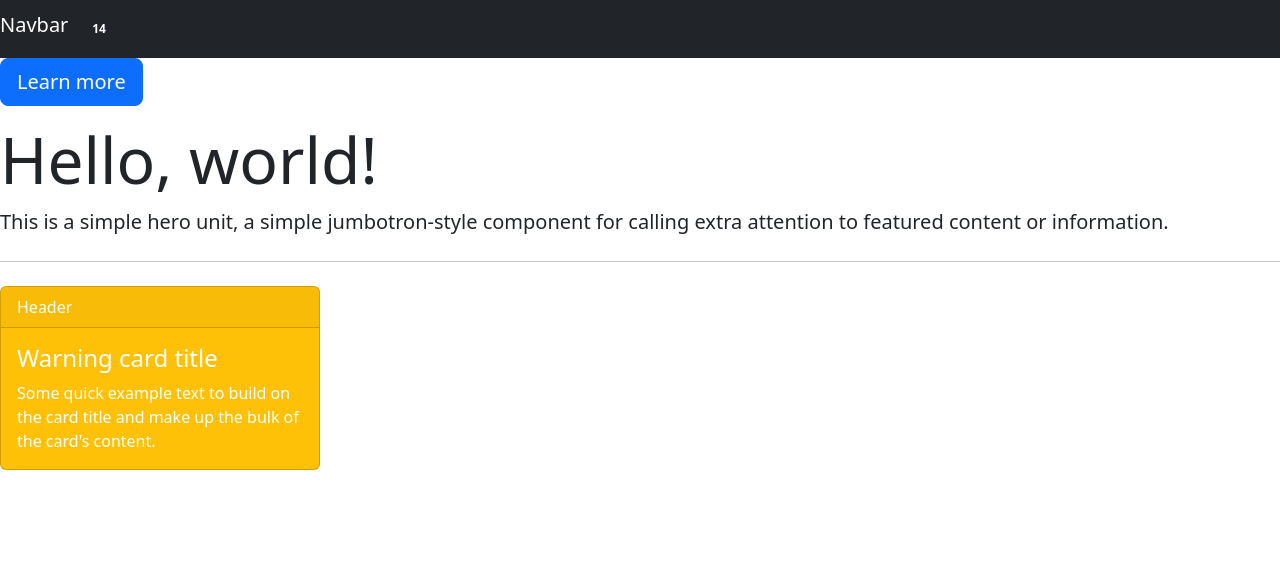
Repository: hasmelash/gitskill
Page: /
An editor plug-in stored every save of this project. The page is shown before and after the next save, followed by the edit.
The browser window is 1280 px wide. The pictures show the whole page.
The project was rebuilt for these pictures with package versions that can differ from the ones it lists, and the page was loaded fresh each time. Also part of the build but not shown: src/App.css.

Above is the page before, as saved 2019-08-29 23:27:24.

### src/App.js
import React from 'react';
import './App.css';
import Navbar from './NavBarComponent/NavBarComponent';
import Notes from './NotesComponent/NotesComponent';
import 'bootstrap/dist/css/bootstrap.min.css';
import 'bootstrap/dist/js/bootstrap.bundle.min';

;class App extends React.Component {
  render(){
      return (
          <div>
            <Navbar />
            <Notes />
          </div>
      );
   }
}

export default App;

### src/NavBarComponent/NavBarComponent.js
import React from 'react';
import NoteCounter from '../NoteCounterComponent/NoteCounterComponent';
import 'bootstrap/dist/css/bootstrap.min.css';
import 'bootstrap/dist/js/bootstrap.bundle.min';
class Navbar extends React.Component{
    render(){
        return (
            <nav class="navbar navbar-expand-lg navbar-dark bg-dark">
                <h1 class="navbar-brand" >Navbar</h1>
                <NoteCounter id="container"/>
            </nav>
        );
    }
}
export default Navbar;

### src/NotesComponent/NotesComponent.js

import React from 'react';
import 'bootstrap/dist/css/bootstrap.min.css';
import 'bootstrap/dist/js/bootstrap.bundle.min';
import Note from '../NoteComponent/NoteComponent';
class Notes extends React.Component{
    render(){
        return (

            <div class="jumbotron">
                <p class="lead">
                    <button class="btn btn-primary btn-lg" href="#" >Learn more</button>
                </p>
                <h1 class="display-3">Hello, world!</h1>
                <p class="lead">This is a simple hero unit, a simple jumbotron-style component for calling extra attention to featured content or information.</p>
                <hr class="my-4"/>
                <Note />
            </div>
        );
    }
}
export default Notes;

### src/NoteCounterComponent/NoteCounterComponent.js
import React from 'react';
import 'bootstrap/dist/css/bootstrap.min.css';
import 'bootstrap/dist/js/bootstrap.bundle.min';
function NoteCounter(props){

        return (
                    <span class="badge badge-primary badge-pill">14</span>
        );

}
export default NoteCounter;

### src/NoteComponent/NoteComponent.js

import React from 'react';
import 'bootstrap/dist/css/bootstrap.min.css';
import 'bootstrap/dist/js/bootstrap.bundle.min';
class Note extends React.Component{
    render(){
        return (
            <div class="card text-white bg-warning mb-3" style={{maxWidth: '20rem'}}>
            <div class="card-header">Header</div>
            <div class="card-body">
                <h4 class="card-title">Warning card title</h4>
                <p class="card-text">Some quick example text to build on the card title and make up the bulk of the card's content.</p>
            </div>
            </div>

                // <div class="modal">
                //     <div class="modal-dialog" role="document">
                //         <div class="modal-content">
                //             <div class="modal-header">
                //                 <h5 class="modal-title">Modal title</h5>
                //                 <button type="button" class="close" data-dismiss="modal" aria-label="Close">
                //                     <span aria-hidden="true">&times;</span>
                //                 </button>
                //             </div>
                //             <div class="modal-body">
                //                 <p>Modal body text goes here.</p>
                //             </div>
                //             <div class="modal-footer">
                //                 <button type="button" class="btn btn-primary">Save changes</button>
                //                 <button type="button" class="btn btn-secondary" data-dismiss="modal">Close</button>
                //             </div>
                //         </div>
                //     </div>
                // </div>

        );
    }
}
export default Note;

Loaded but not shown: public/index.html (common file); src/index.js (common file); src/index.css (common file); src/serviceWorker.js (common file)

After the next save:
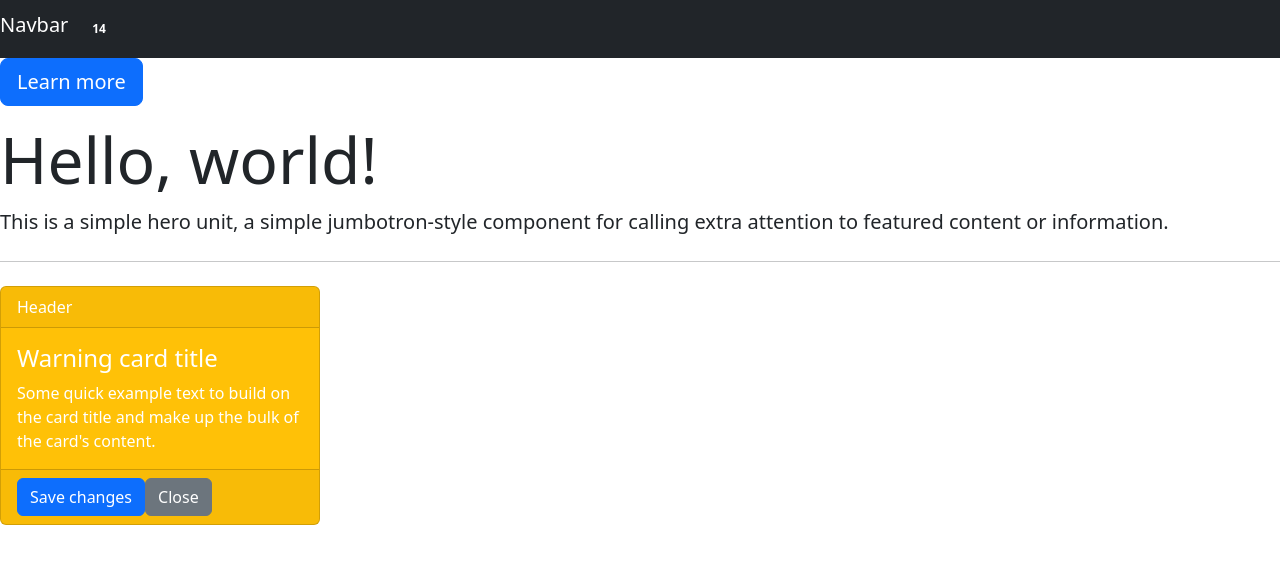
Saved 2 min 15 s later.
--- a/src/NoteComponent/NoteComponent.js
+++ b/src/NoteComponent/NoteComponent.js
@@ -6,11 +6,15 @@ class Note extends React.Component{
     render(){
         return (
             <div class="card text-white bg-warning mb-3" style={{maxWidth: '20rem'}}>
-            <div class="card-header">Header</div>
-            <div class="card-body">
-                <h4 class="card-title">Warning card title</h4>
-                <p class="card-text">Some quick example text to build on the card title and make up the bulk of the card's content.</p>
-            </div>
+                <div class="card-header">Header</div>
+                    <div class="card-body">
+                        <h4 class="card-title">Warning card title</h4>
+                        <p class="card-text">Some quick example text to build on the card title and make up the bulk of the card's content.</p>
+                    </div>
+                <div class="card-footer">
+                    <button type="button" class="btn btn-primary">Save changes</button>
+                    <button type="button" class="btn btn-secondary" data-dismiss="modal">Close</button>
+                </div>
             </div>
 
                 // <div class="modal">
